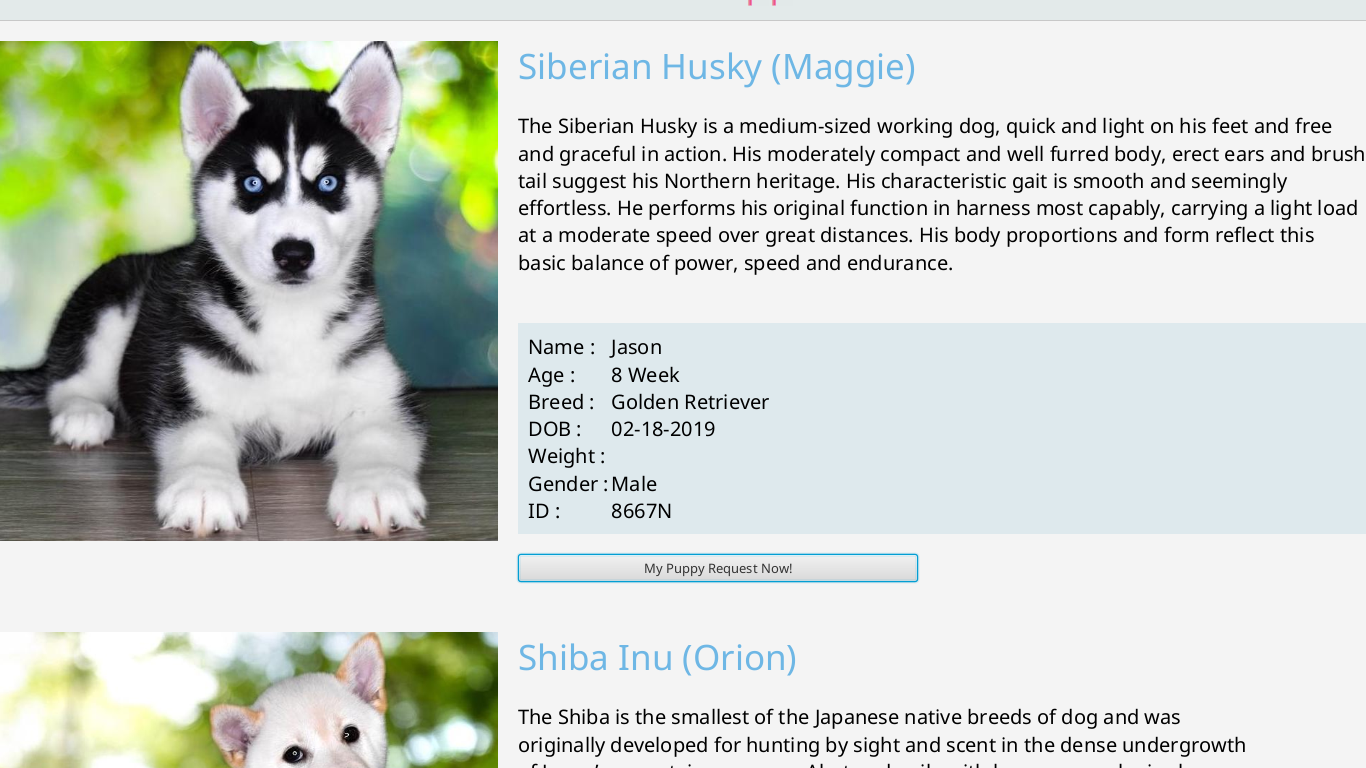
Repository: Cnibungco/CS2450
Program's window: java Assignment4/src/Nursery.java
These files come from the project's save history. The program's window is drawn as it stood at one moment and after the next save; the edit follows.
It runs on Java 21 on a 1366 x 768 screen with JavaFX 11; the title bar is not drawn. Parts beyond the screen are cut off. It also reads Assignment4/Pictures/dog1.jpg, Assignment4/Pictures/dog2.jpg.

Above is the program's window before, as saved 2019-05-05 18:32:31.

After the next save:
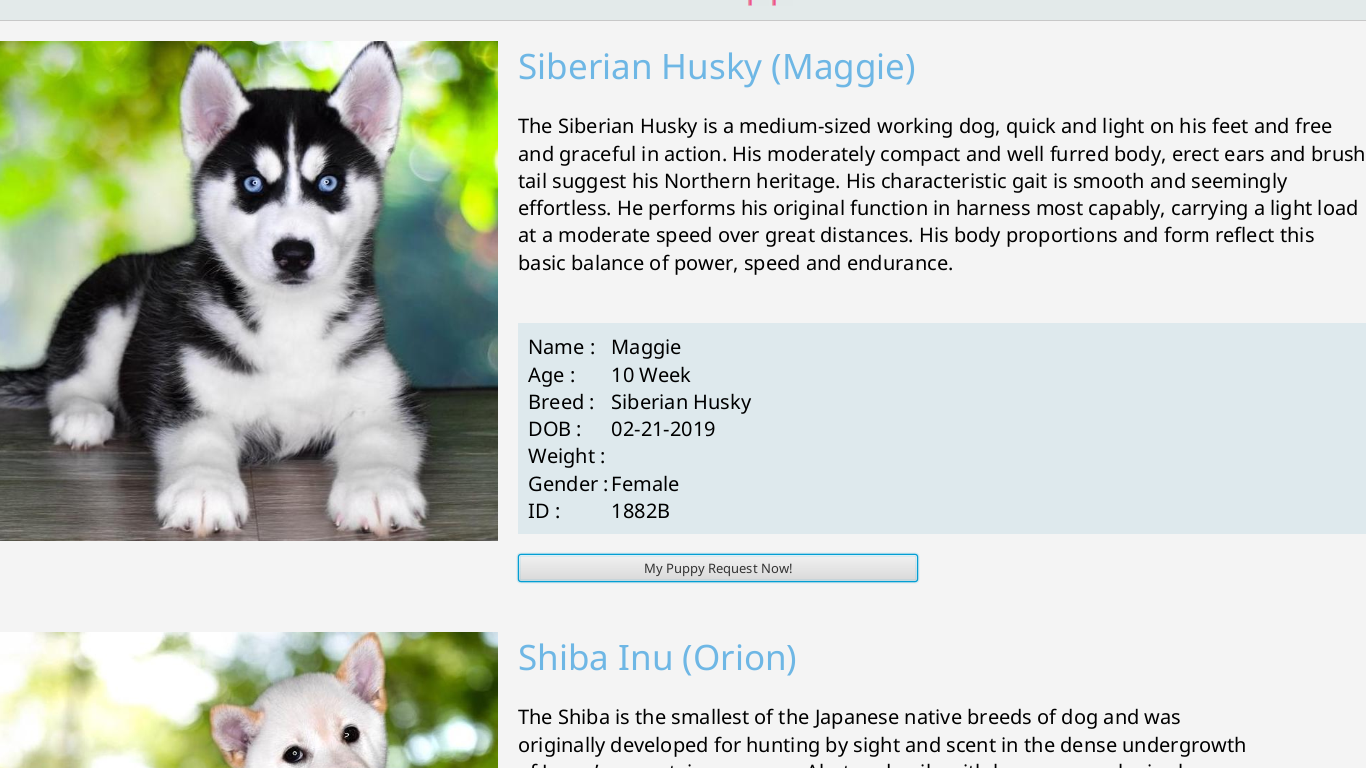
Saved 2 min 32 s later.
--- a/Assignment4/src/Nursery.java
+++ b/Assignment4/src/Nursery.java
@@ -136,7 +136,7 @@
 		dog1Description.setFont(new Font(20));
 
 
-		Text dog1NationalCity = new Text("Name :\tJason\nAge :\t8 Week\nBreed :\tGolden Retriever\nDOB :\t02-18-2019\nWeight :\nGender :\tMale\nID :\t\t8667N");
+		Text dog1NationalCity = new Text("Name :\tMaggie\nAge :\t10 Week\nBreed :\tSiberian Husky\nDOB :\t02-21-2019\nWeight :\nGender :\tFemale\nID :\t\t1882B");
 		dog1NationalCity.setStyle("-fx-font-size:20");
 
 		Button dog1RequestButton = new Button("My Puppy Request Now!");
